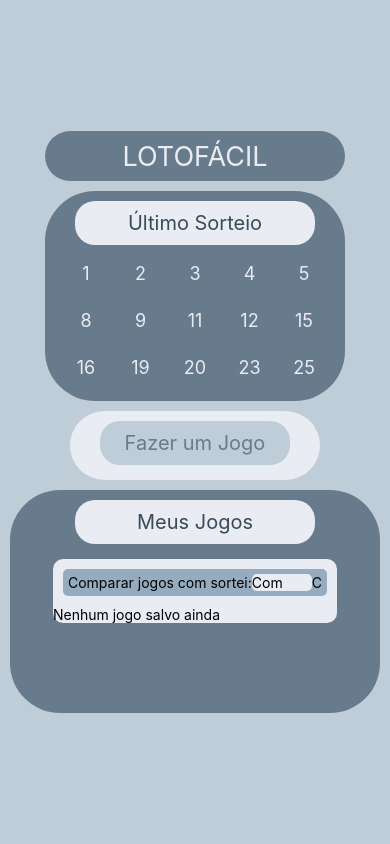
Repository: Deyvid-Kasteh/LotofacilApp
Screen: /
An editor plug-in stored every save of this project. The screen is shown before and after a run of saves, followed by the edit.
The app was drawn by React Native's web renderer in a window 390 px wide. The project was rebuilt for these pictures with package versions that can differ from the ones it lists, and the page was loaded fresh each time. Also part of the build but not shown: Bolhas.js, components/Resultado.js, paginaTESTE.js, paginaTESTE2.js, SeuComponentePai.js, components/Jogo.js, components/ResultadoTexte2.js.

Above is the screen before, as saved 2023-12-03 01:41:38.

After the next 4 saves:
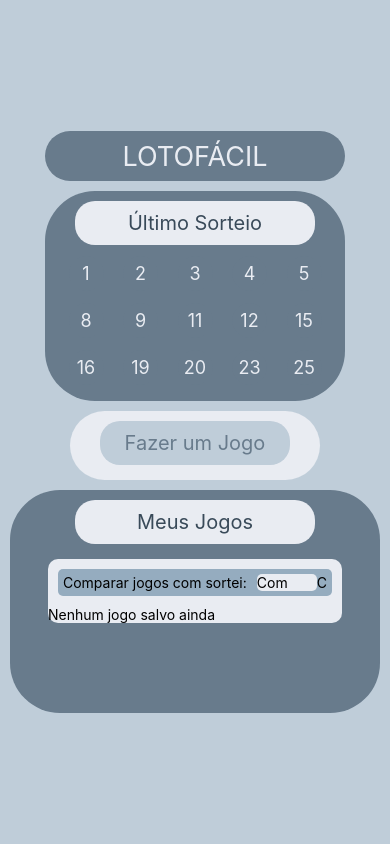
The 4 saves are shown as one change because they came seconds apart.
The last was saved 21 s later.
--- a/components/MostrarJogosSalvos.js
+++ b/components/MostrarJogosSalvos.js
@@ -70,6 +70,7 @@
             borderRadius: 5,
             backgroundColor: Cores.cor1,
             width: 60,
+            marginLeft: 10
           }}
         >
           <Text>Com</Text>
